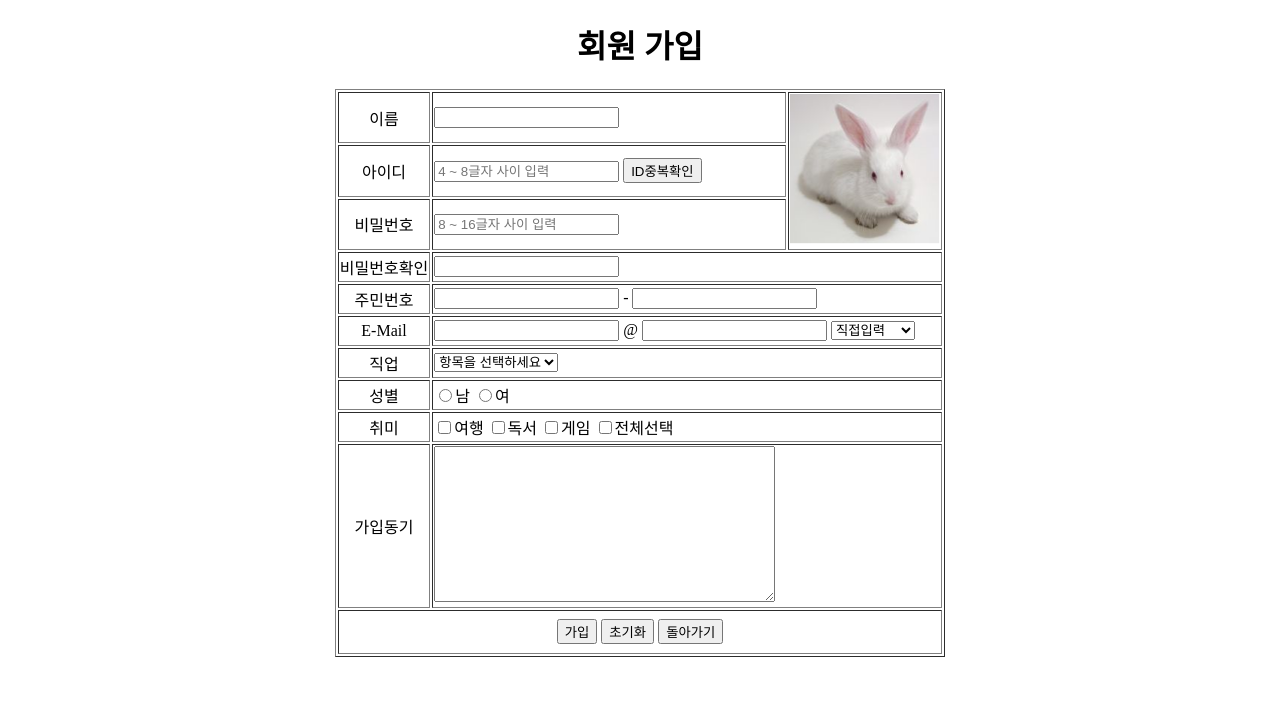
Repository: KimMinseooo/itwillStudy
Page: BACKEND/JSP/workspace_jsp/StudyHTML/src/main/webapp/1025/final_exam.html
The author's editor kept a copy of each file at every save. The page is drawn from the files as they stood at one save, then again after the next save.
The browser window is 1280 px wide. The pictures show the whole page.

Above is the page before, as saved 2024-10-25 05:56:05.

### BACKEND/JSP/workspace_jsp/StudyHTML/src/main/webapp/1025/final_exam.html
<!DOCTYPE html>
<html>
<head>
<meta charset="UTF-8">
<title>Insert title here</title>
</head>
<body>
	<h1 align="center">회원 가입</h1>

		<table border="1" align="center">
			<form>

			<tr height="30">
				<td align="center">이름</td>
				<td width="350">

				<input type="text">
				</td>
				<td rowspan="3" width="150" height="150">
				<img alt="" src="../rabbit.png" width="150" height="150">
				</td>
			</tr>
			<tr height="30">
			<td align="center">아이디</td>
			<td>
				<input placeholder="4 ~ 8글자 사이 입력">
				<input type="button" value="ID중복확인">
			</td>
			</tr>
			<tr height="30">
			<td align="center">비밀번호</td>
			<td>
				<input placeholder="8 ~ 16글자 사이 입력">
			</td>
			</tr>
			<tr height="30">
			<td align="center">비밀번호확인</td>
			<td colspan="2">
				<input type="text">
			</td>
			</tr>
			<tr height="30">
			<td align="center">주민번호</td>
			<td colspan="2">
				<input type="text"> - <input type="text">
			</td>
			</tr>
			<tr height="30">
			<td align="center">E-Mail</td>
			<td colspan="2">
				<input type="text"> @ <input type="text">
				<select>
					<option>직접입력</option>
					<option>naver.com</option>
					<option>gmail.com</option>
					<option>nate.com</option>
				</select>
			</td>
			</tr>

			<tr height="30">
			<td align="center">직업</td>
			<td colspan="2">
				<select>
					<option>항목을 선택하세요</option>
					<option>개발자</option>
					<option>DB엔지니어</option>
				</select>
			</td>
			</tr>
			<tr height="30">
			<td align="center">성별</td>
			<td colspan="2">
				<input type="radio" name="gender" id= "male"><label for="male">남</label>
				<input type="radio" name="gender" id= "female"><label for="female">여</label>
			</td>
			</tr>

			<tr height="30">
			<td align="center">취미</td>
			<td colspan="2">
				<input type="checkbox" name="hobby" id="hobby1"><label for="hobby1">여행</label>
				<input type="checkbox" name="hobby" id="hobby1"><label for="hobby2">독서</label>
				<input type="checkbox" name="hobby" id="hobby1"><label for="hobby3">게임</label>
				<input type="checkbox" name="hobby"><label>전체선택</label>

			</td>
			</tr>
			<tr height="30">
			<td align="center">가입동기</td>
			<td colspan="2">
				<textarea rows="10" cols="40" ></textarea>
			</td>
			</tr>
			<tr height="30">
			<td colspan="3" width="200" height="40" align="center">
				<input type="button" value="가입">
				<input type="reset" value="초기화">
				<input type="button" value="돌아가기">
			</td>
			</tr>
			</form>
		</table>

</body>
</html>

After the next save:
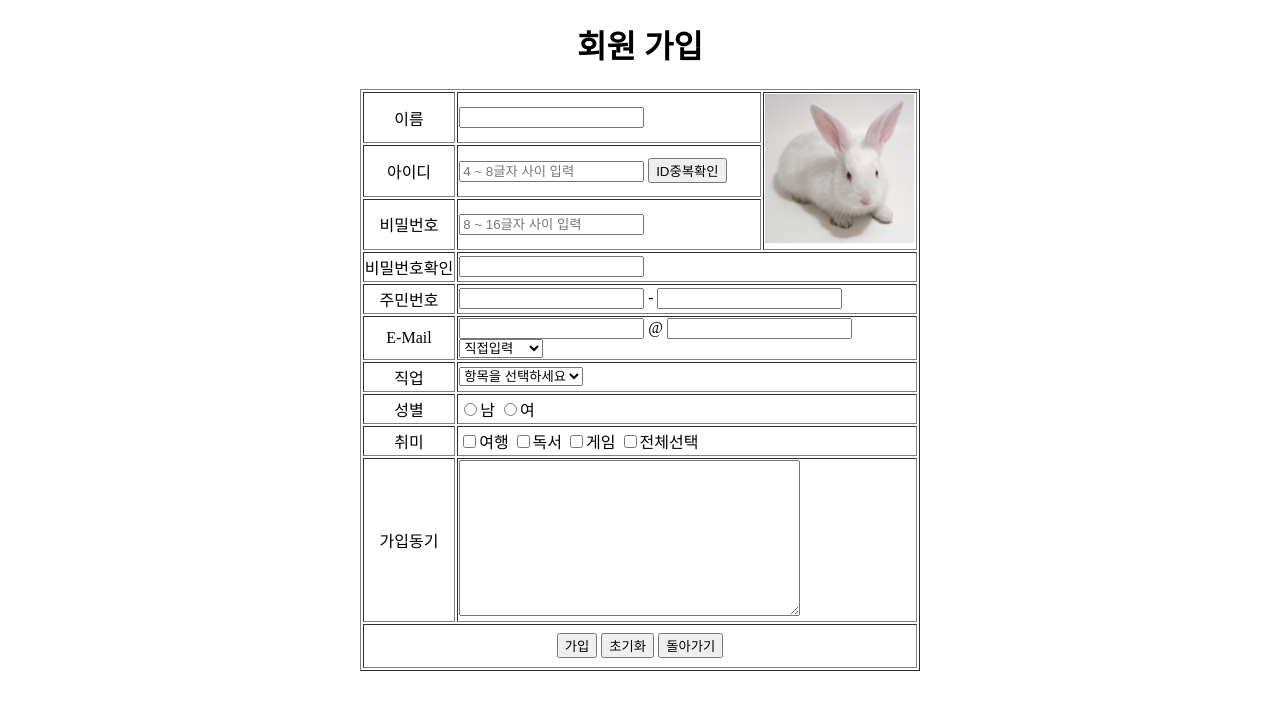
Saved 14 s later.
--- a/BACKEND/JSP/workspace_jsp/StudyHTML/src/main/webapp/1025/final_exam.html
+++ b/BACKEND/JSP/workspace_jsp/StudyHTML/src/main/webapp/1025/final_exam.html
@@ -12,7 +12,7 @@
 
 			<tr height="30">
 				<td align="center">이름</td>
-				<td width="350">
+				<td width="300">
 
 				<input type="text">
 				</td>
